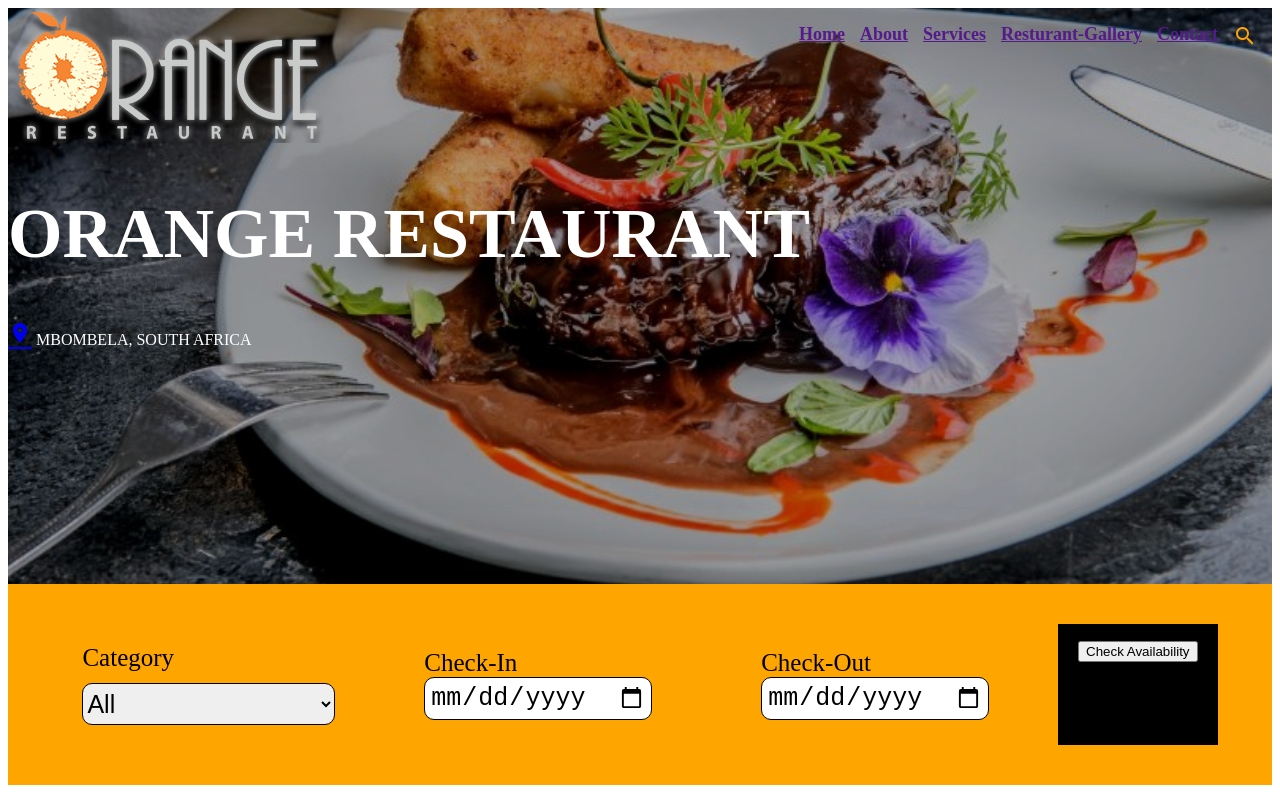
Repository: KaraboM20/KaraboUpdatedProjectOrang-Rest
Page: index.html
An editor plug-in stored every save of this project. The page is shown before and after a run of saves, followed by the edit.
The browser window is 1280 px wide. The pictures show the whole page.

Above is the page before, as saved 2024-11-21 16:19:41.

### index.html
<!DOCTYPE html>
<html lang="en">
<head>
    <meta charset="UTF-8">
    <meta name="viewport" content="width=device-width, initial-scale=1.0">
    <link href="https://fonts.googleapis.com/icon?family=Material+Icons" rel="stylesheet">
    <link rel="stylesheet" href="./style.css">
    <title>Orange Resturant</title>
</head>
<body>
    <header>
        <div class="upper-section">

            <div class="overlay">
                <div class="navbar">
                    <div class="logo">
                       <img src="./assets/Orange-Logo.png" alt="">
                    </div>
                    <div class="nav-info">
                       <ul>
                        <li><a href="">Home</a></li>
                        <li><a href="">About</a></li>
                        <li><a href="">Services</a></li>
                        <li><a href="">Resturant-Gallery</a></li>
                        <li><a href="">Contact</a></li>
                           <li><span class="material-icons">search</span></li>
                       </ul>
                    </div>
                   </div>

                   <div class="banner-wrap">
                    <div class="name">
                       <h1>ORANGE RESTAURANT</h1>
                    </div>

                       <div class="icon-div"><span class="icon">
                           <span class="material-icons"><a href="https://www.google.com/maps/dir//4+Du+Preez+St,+Mbombela,+1200/@-25.4780157,30.9067737,12z/data=!4m8!4m7!1m0!1m5!1m1!1s0x1ee849f51301d8b7:0xb337d404eb7d9758!2m2!1d30.9891752!2d-25.4780387?entry=ttu&g_ep=EgoyMDI0MTExOC4wIKXMDSoASAFQAw%3D%3D" target="_blank">location_on</a> </span>
                           MBOMBELA, SOUTH AFRICA
                       </span>
                    </div>

                   </div>

            </div>

        <div class="navbar">
         <div class="logo">
            <img src="./assets/Orange-Logo.png" alt="">
         </div>
         <div class="nav-info">
            <ul>
                <li><a href="">Home</a></li>
                <li><a href="">About</a></li>
                <li><a href="">Services</a></li>
                <li><a href="">Resturant-Gallery</a></li>
                <li><a href="">Contact</a></li>
                <li><span class="material-icons">search</span> </li>
            </ul>
         </div>
        </div>

        <div class="banner-wrap">
            <div class="name"><h1>ORANGE RESTAURANT</h1></div>
            <div class="icon-div">
            <span class="icon">
                <span class="material-icons"><a href="https://www.google.com/maps/dir//4+Du+Preez+St,+Mbombela,+1200/@-25.4780157,30.9067737,12z/data=!4m8!4m7!1m0!1m5!1m1!1s0x1ee849f51301d8b7:0xb337d404eb7d9758!2m2!1d30.9891752!2d-25.4780387?entry=ttu&g_ep=EgoyMDI0MTExOC4wIKXMDSoASAFQAw%3D%3D" target="_blank">location_on</a> </span>
                MBOMBELA, SOUTH AFRICA
            </span>
            </div>

        </div>

        </div>


    </header>

    <section>
        <form class="check-availability">
        <div class="category">
            <label for="name">Category</label>
            <select name="category" id="category-select">
                <option value="all">All</option>
                <option value="Wedding and Events">Wedding and Events</option>
                <option value="Conferencing">Conferencing</option>
                <option value="The Mandarin Room">The Mandarin Room</option>
            </select>
        </div>

        <div class="check-in">
            <label for="name">Check-In</label>
            <input type="date">
        </div>

        <div class="check-out">
            <label for="name">Check-Out</label>
            <input type="date">
        </div>

        <div class="check-button">
            <button>Check Availability</button>
        </div>
        </form>

    </section>
</body>
</html>

### style.css


.upper-section {
    background-image: url(./assets/food-image.jpg);
    background-size: cover;
    background-position: center;
    height: 80vh;
    position: relative;

}

.overlay {
    z-index: 1;
    height: 100%;
    width: 100%;
    background: black;
    position: absolute;
    top: 0;
    opacity: 30%;
}

.navbar {
    display: flex;
    justify-content: space-between;
}

.nav-info ul {
    list-style: none;
    color: orange;
    display: flex;
    cursor: pointer;

}

.nav-info li {
    margin-right: 15px;
    font-size: 18px;
    font-weight: bold;
    text-decoration: none;
    color: orange;
}

.nav-info li:hover {
    color: blueviolet;
    background-color: aqua;
}

.name {
    align-items: center;
    justify-content: center;
}

h1 {
    color: white;
    font-size: 70px;

}

.icon-div {
    text-decoration:none;
    color: white;

}

.check-availability {
    display: flex;
   background-color: orange;
   padding: 40px;
   border: none;
   font-size: 25px;
   justify-content: space-around;

}

.check-availability input {

    font-size: 25px;
    border: 1px solid black;
    border-radius: 10px;
    padding: 5px;
}

.category {
    display: grid;
    margin: 20px;
}

#category-select {
    font-size: 25px;
    border: 1px solid black;
    border-radius: 10px;
}

.check-in {
    display: grid;
    margin: 20px;
    padding: 5px 20px;
}

.check-out {
    display: grid;
    margin: 20px;
    padding: 5px 20px;

}

.check-button {
    color: orange;
    background-color: black;
    font-size: 30px;
    padding: 5px 20px;
}

After the next 2 saves:
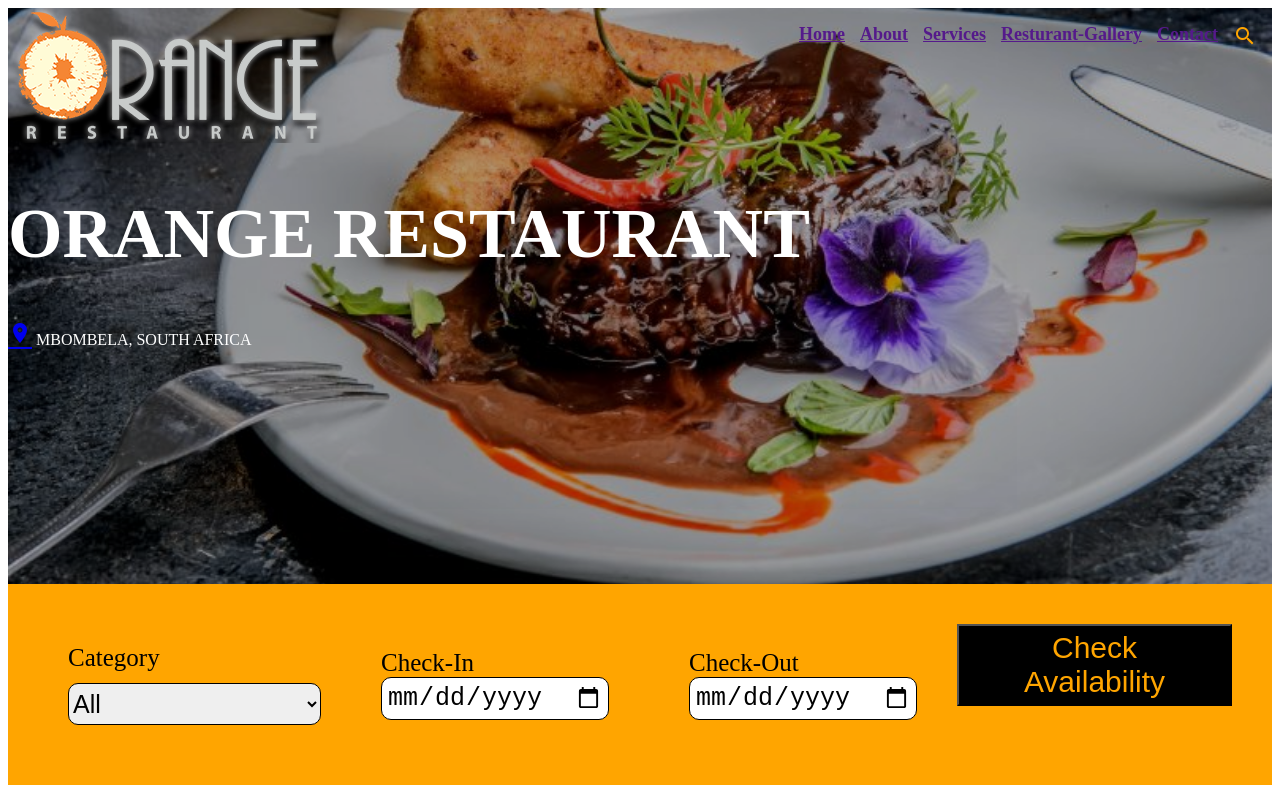
The 2 saves are shown as one change because they came seconds apart.
The last was saved 14 s later.
--- a/style.css
+++ b/style.css
@@ -104,7 +104,7 @@ h1 {
 
 }
 
-.check-button {
+button  {
     color: orange;
     background-color: black;
     font-size: 30px;
